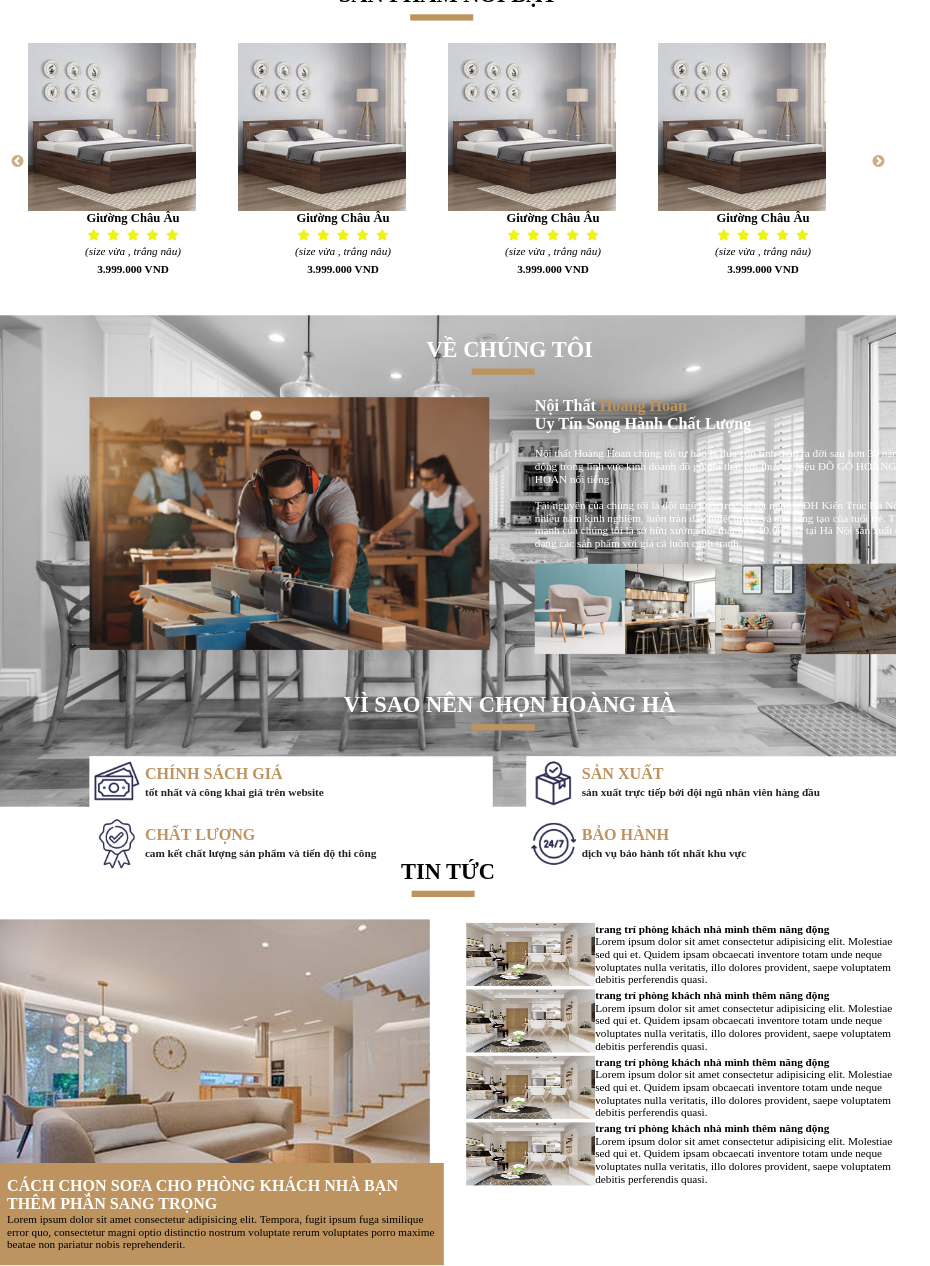
Repository: LDDUNG2003/front_end
Page: index.html
The author's editor kept a copy of each file at every save. The page is drawn from the files as they stood at one save, then again after the next save.
The browser window is 1280 px wide. The page is 1328 px wide, so the pictures cover 1328 px, including what lies to the right of the window. The pictures show the part of the page from y = 1328 to 3168 px (the page is 3136 px tall before and 3168 px after), at 70% of full size.
Some web libraries are served in a nearby version.

Above is the page before, as saved 2023-08-29 14:29:23.

After the next save:
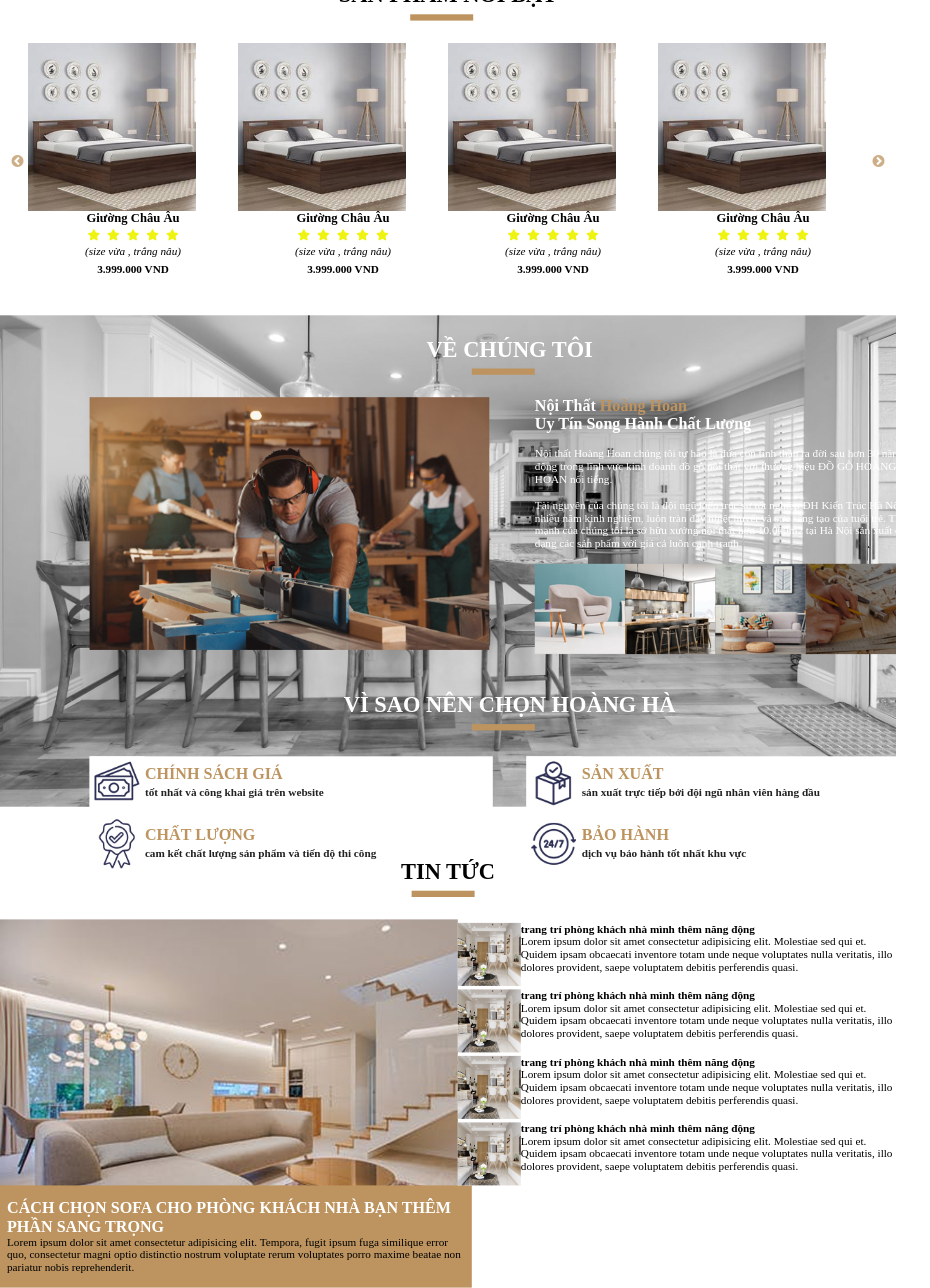
Saved 55 s later.
--- a/public/css/home.css
+++ b/public/css/home.css
@@ -228,7 +228,7 @@
     position: relative;
 }
 
-.news--contain--item img {
+.news--contain--item {
     width: 100%;
 }
 
